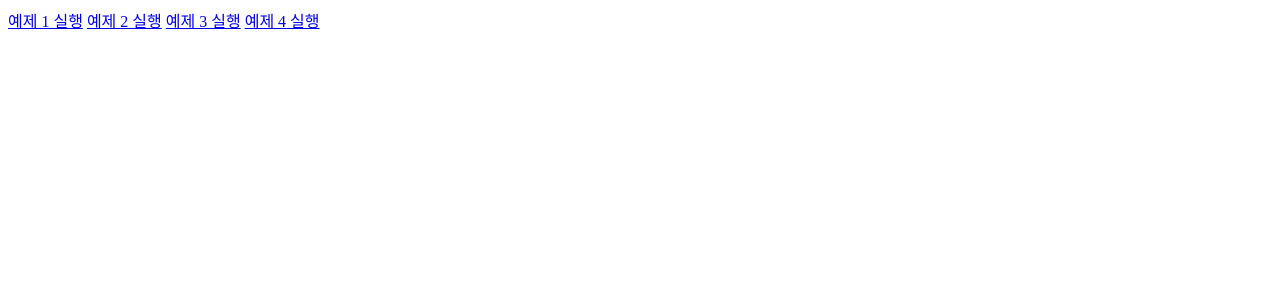
Repository: chunkind/dev_study
Page: kjs/servlet/web01_BasicServlet/WebContent/index.html
An editor plug-in stored every save of this project. The page is shown before and after the next save, followed by the edit.
The browser window is 1280 px wide. The pictures show the whole page.

Above is the page before, as saved 2016-12-02 15:54:43.

After the next save:
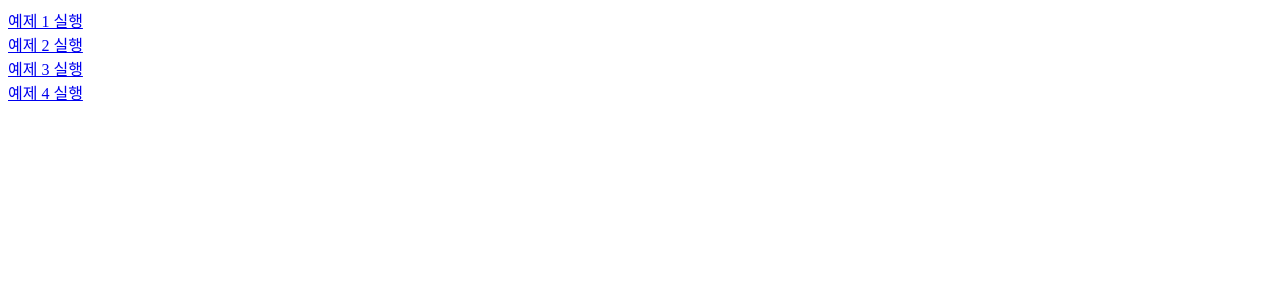
Saved 14 s later.
--- a/kjs/servlet/web01_BasicServlet/WebContent/index.html
+++ b/kjs/servlet/web01_BasicServlet/WebContent/index.html
@@ -5,15 +5,11 @@
 <title>Insert title here</title>
 </head>
 <body>
-<a href="GT2">예제 1 실행</a>
+<a href="GT2">예제 1 실행</a><br>
 <!--  /부터 시작 하면 ROOT Path 부터 잡힌다. -->
 <!-- <a href="/web01_BasicServlet/GT2">예제 1 실행</a> -->
-
-<a href="ex2">예제 2 실행</a>
-
-<a href="Ex3">예제 3 실행</a>
-
-<a href="HttpServletTest4">예제 4 실행</a>
-
+<a href="ex2">예제 2 실행</a><br>
+<a href="Ex3">예제 3 실행</a><br>
+<a href="HttpServletTest4">예제 4 실행</a><br>
 </body>
 </html>
